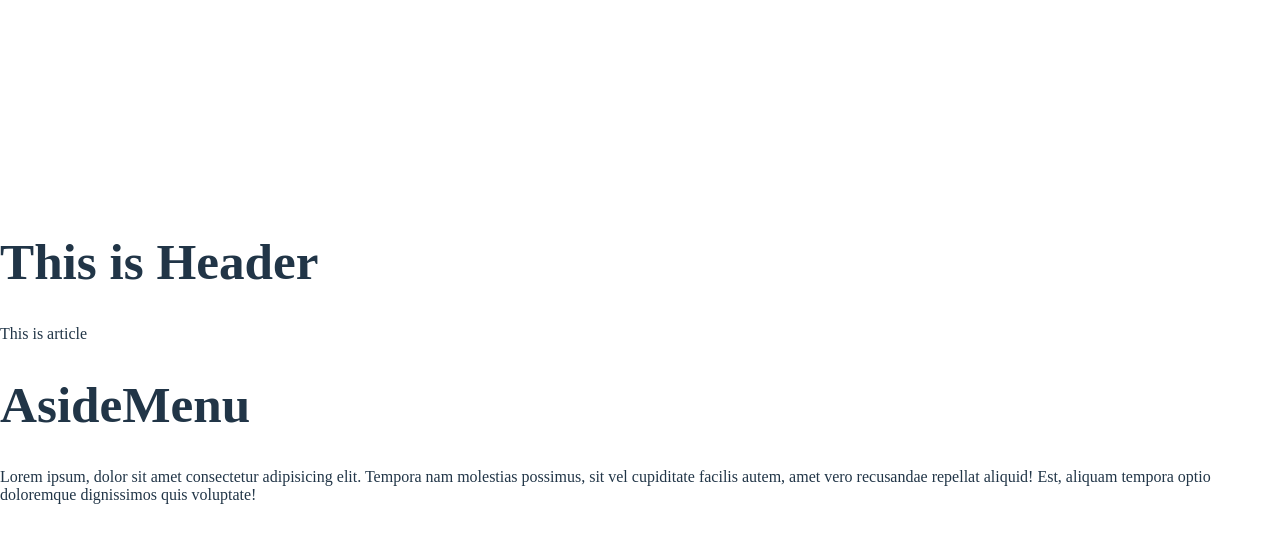
Repository: chanwarichawki/React-BC
Page: /
These files come from the project's save history. The page is drawn as it stood at one moment and after a run of saves; the edit follows.
The browser window is 1280 px wide. The pictures show the whole page.
Some web libraries are served in a nearby version. The project was rebuilt for these pictures with package versions that can differ from the ones it lists, and the page was loaded fresh each time. Also part of the build but not shown: vite.config.js.

Above is the page before, as saved 2024-01-14 19:39:45.

After the next 2 saves:
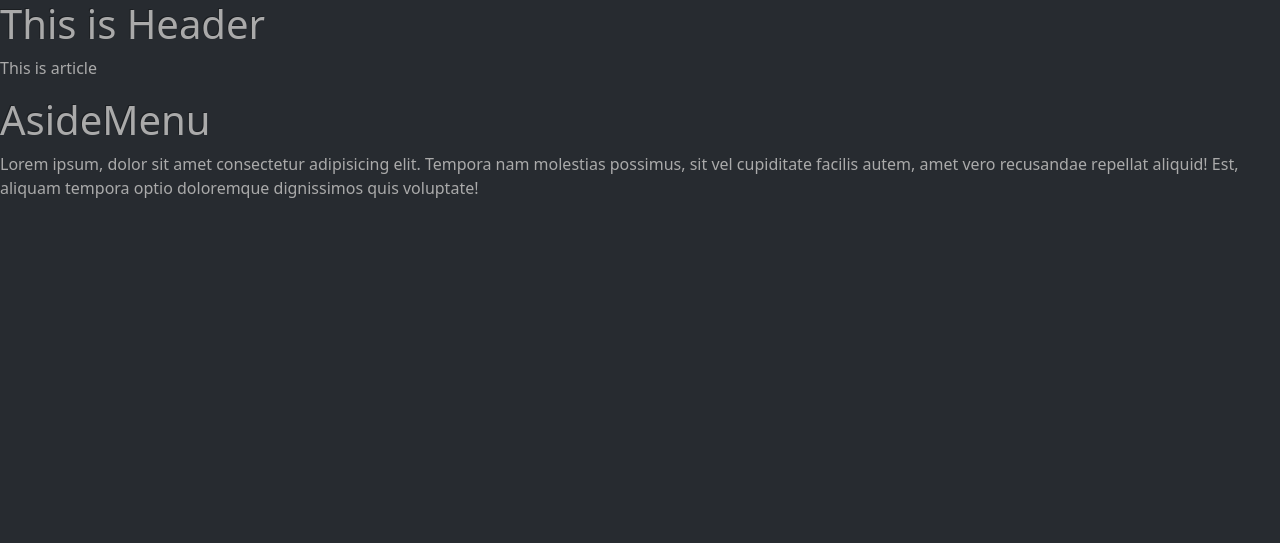
The 2 saves are shown as one change because they came seconds apart.
The last was saved 30 s later.
--- a/src/index.css
+++ b/src/index.css
@@ -1,73 +1 @@
 @import "/node_modules/bootswatch/dist/slate/bootstrap.min.css"
-
-
-:root {
-  font-family: Inter, system-ui, Avenir, Helvetica, Arial, sans-serif;
-  line-height: 1.5;
-  font-weight: 400;
-
-  color-scheme: light dark;
-  color: rgba(255, 255, 255, 0.87);
-  background-color: #242424;
-
-  font-synthesis: none;
-  text-rendering: optimizeLegibility;
-  -webkit-font-smoothing: antialiased;
-  -moz-osx-font-smoothing: grayscale;
-}
-
-a {
-  font-weight: 500;
-  color: #646cff;
-  text-decoration: inherit;
-}
-a:hover {
-  color: #535bf2;
-}
-
-body {
-  margin: 0;
-  display: flex;
-  place-items: center;
-  min-width: 320px;
-  min-height: 100vh;
-}
-
-h1 {
-  font-size: 3.2em;
-  line-height: 1.1;
-}
-
-button {
-  border-radius: 8px;
-  border: 1px solid transparent;
-  padding: 0.6em 1.2em;
-  font-size: 1em;
-  font-weight: 500;
-  font-family: inherit;
-  background-color: #1a1a1a;
-  cursor: pointer;
-  transition: border-color 0.25s;
-}
-button:hover {
-  border-color: #646cff;
-}
-button:focus,
-button:focus-visible {
-  outline: 4px auto -webkit-focus-ring-color;
-}
-
-@media (prefers-color-scheme: light) {
-  :root {
-    color: #213547;
-    background-color: #ffffff;
-  }
-  a:hover {
-    color: #747bff;
-  }
-  button {
-    background-color: #f9f9f9;
-  }
-}
-
-@import "/node_modules/bootswatch/d"
